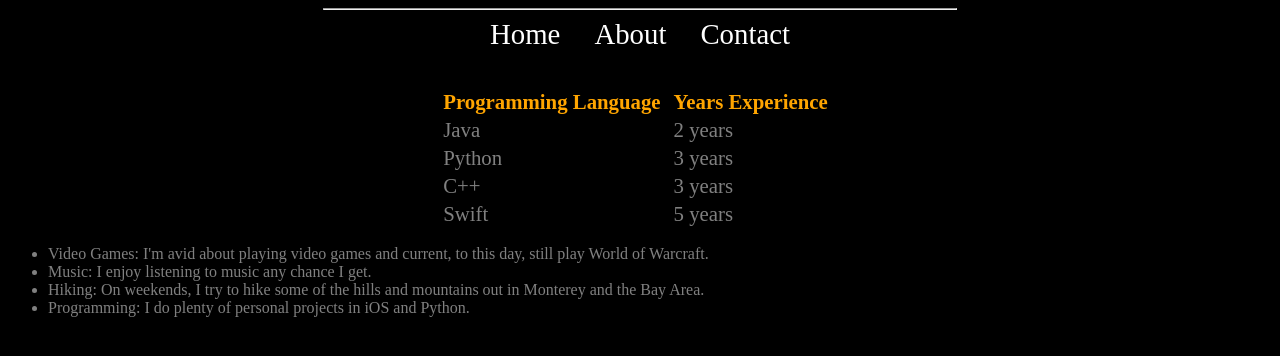
Repository: Sovereign5/cst336
Page: hbs/public/personal_portfolio/about.html
The author's editor kept a record of every edit. The page is drawn from the files as they stood at one moment, then again after the next edit.
The browser window is 1280 px wide. The pictures show the whole page.

Above is the page before.

After the next edit:
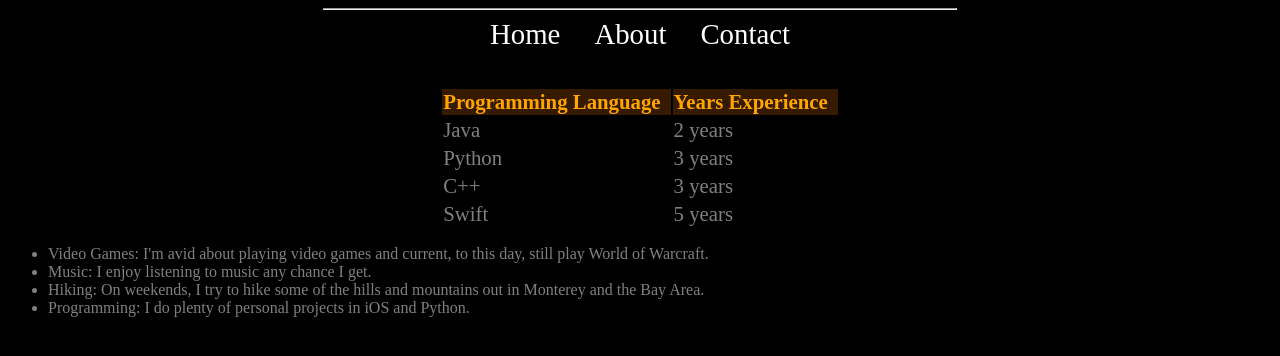
The edit:
--- a/hbs/public/personal_portfolio/css/styles.css
+++ b/hbs/public/personal_portfolio/css/styles.css
@@ -54,7 +54,7 @@
 }
 
 #table-header {
-    color: #351a00;
+    background-color: #351a00;
 }
 
 .table-row {
